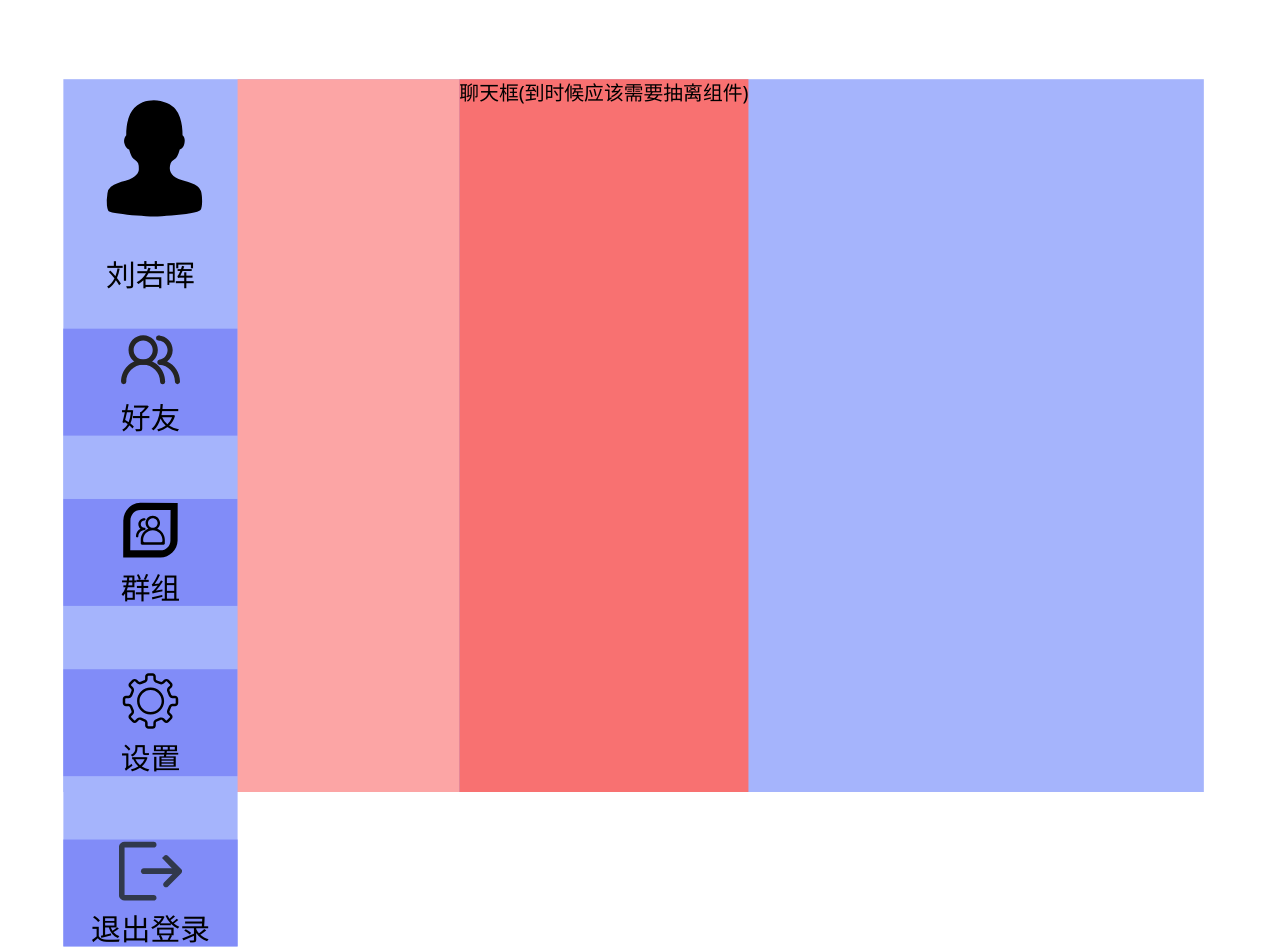
Repository: LiuRuohui/test_the_tailwindcss
Page: /
An editor plug-in stored every save of this project. The page is shown before and after the next save, followed by the edit.
The browser window is 1280 px wide. The pictures show the whole page, at 99% of full size.
The project was rebuilt for these pictures with package versions that can differ from the ones it lists, and the page was loaded fresh each time. Also part of the build but not shown: vite.config.js, src/components/WelcomingPage.vue, src/components/RegisterPage.vue, src/components/LoginPage.vue, src/components/ForgetPasswd.vue, src/components/HelloWorld.vue, src/components/UpdateInformation.vue, src/components/ShowInformation.vue.

Above is the page before, as saved 2022-03-08 21:40:59.

After the next save:
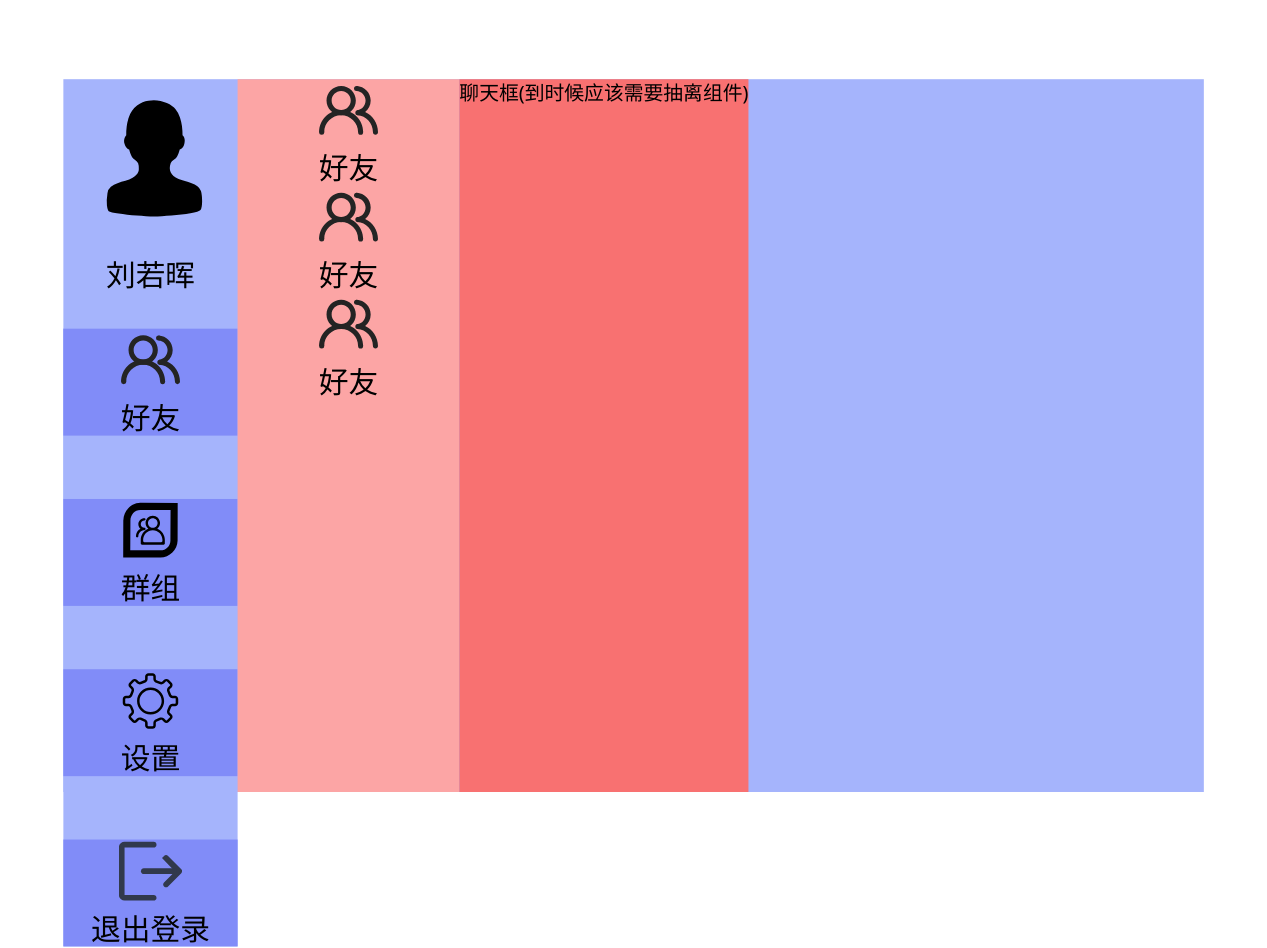
Saved 11 s later.
--- a/src/components/MainPage.vue
+++ b/src/components/MainPage.vue
@@ -45,7 +45,7 @@
 const nickname = ref('刘若晖')
 
 const friends = reactive({
-    name:[],
+    name:[1,2,3],
     message:[],
 })
 

After the save that followed:
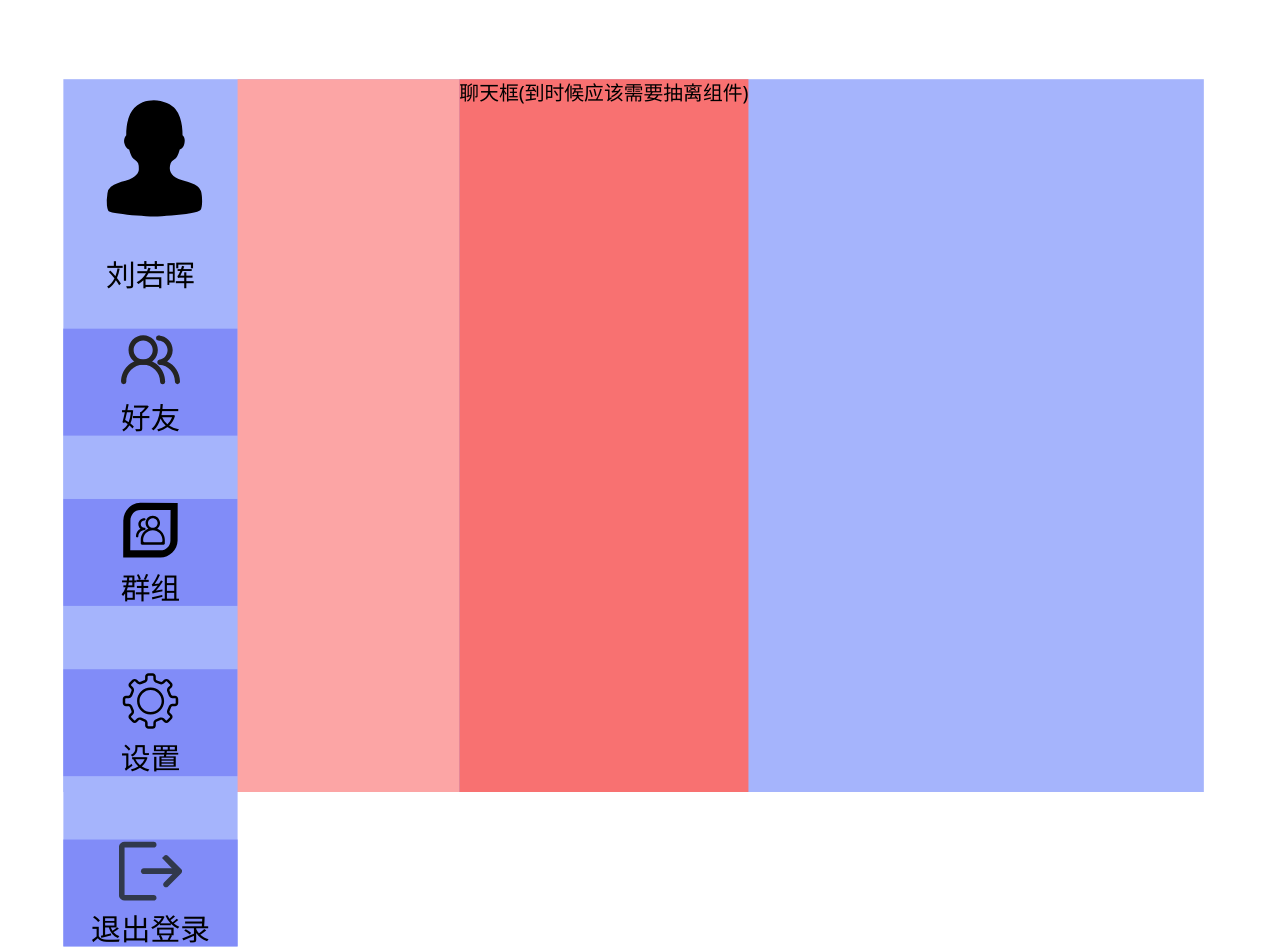
Saved 8 s later.
--- a/src/components/MainPage.vue
+++ b/src/components/MainPage.vue
@@ -45,7 +45,7 @@
 const nickname = ref('刘若晖')
 
 const friends = reactive({
-    name:[1,2,3],
+    name:[],
     message:[],
 })
 
